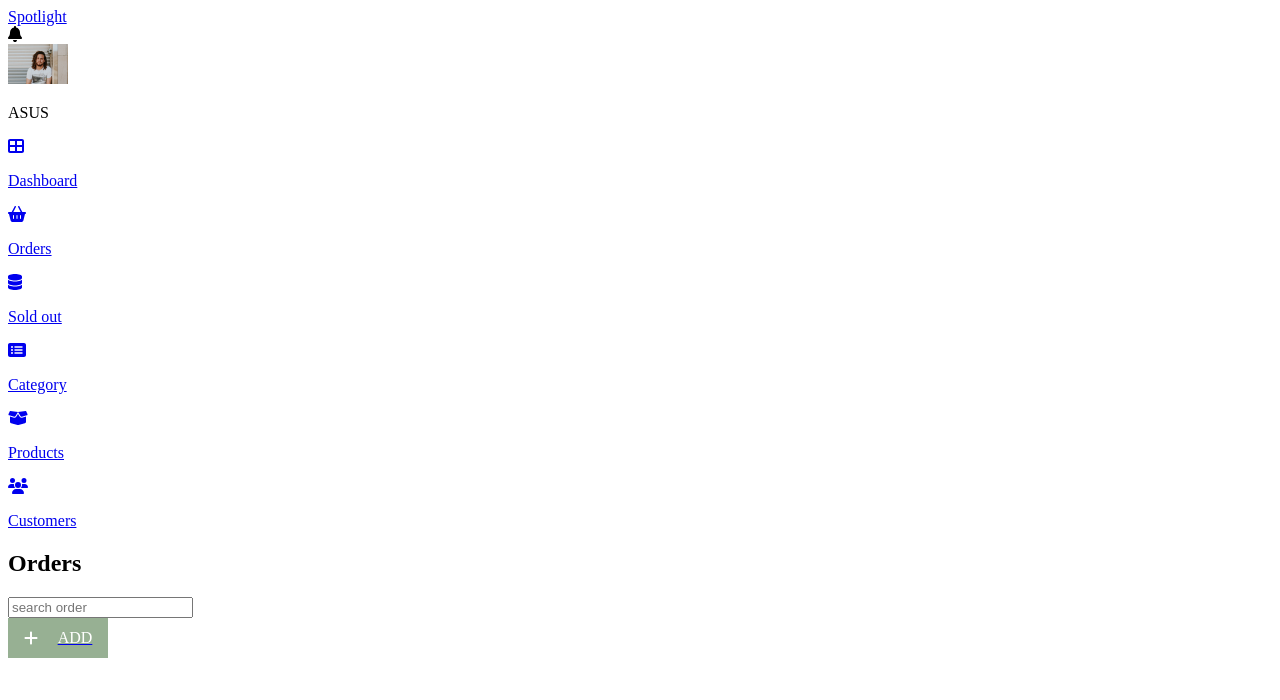
Repository: pin-seavmuy/Spotlight-POS
Page: /category
An editor plug-in stored every save of this project. The page is shown before and after the next save, followed by the edit.
The browser window is 1280 px wide. The pictures show the whole page.
Some web fonts or font styles are not loaded; a fallback is used. The project was rebuilt for these pictures with package versions that can differ from the ones it lists, and the page was loaded fresh each time. Also part of the build but not shown: vue.config.js, src/components/Orders.vue, src/components/Products.vue, src/components/Customers.vue.

Above is the page before, as saved 2024-06-26 17:15:00.

After the next save:
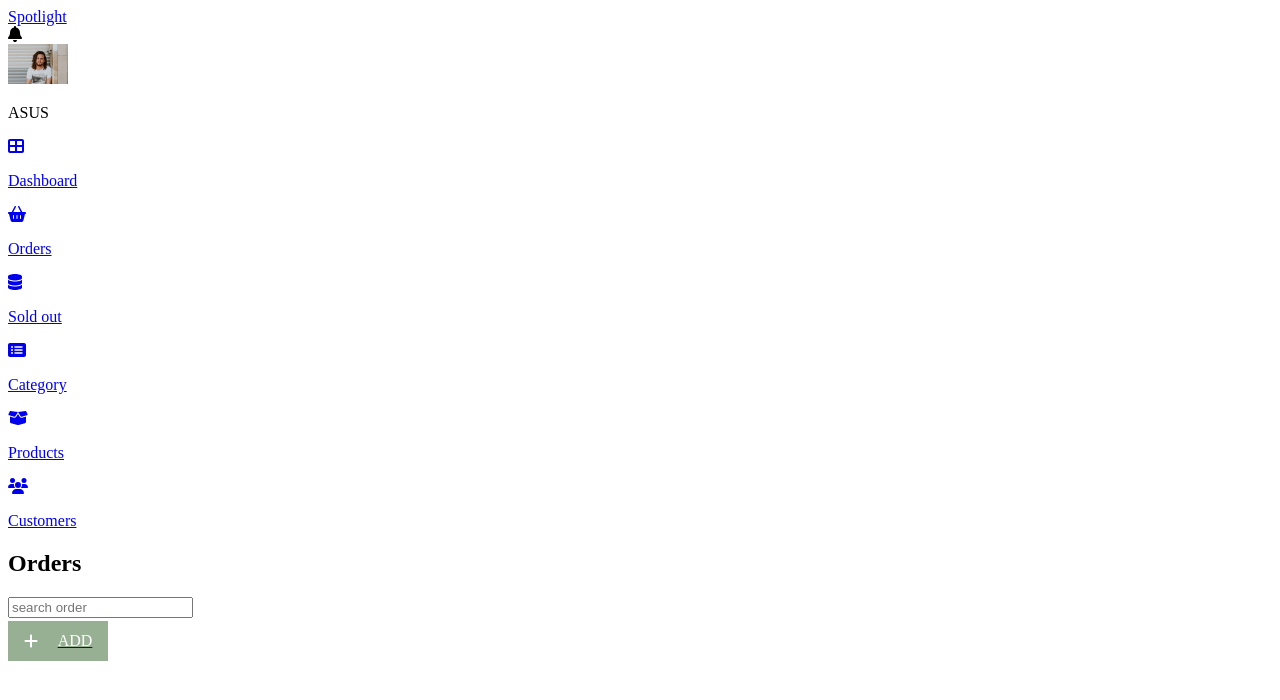
Saved 8 s later.
--- a/src/assets/css/category.css
+++ b/src/assets/css/category.css
@@ -7,6 +7,6 @@
     justify-content: center;
     gap: 20px;
     align-items: center;
-    margin-top: ;
+    margin-top: 3px;
 
 }
